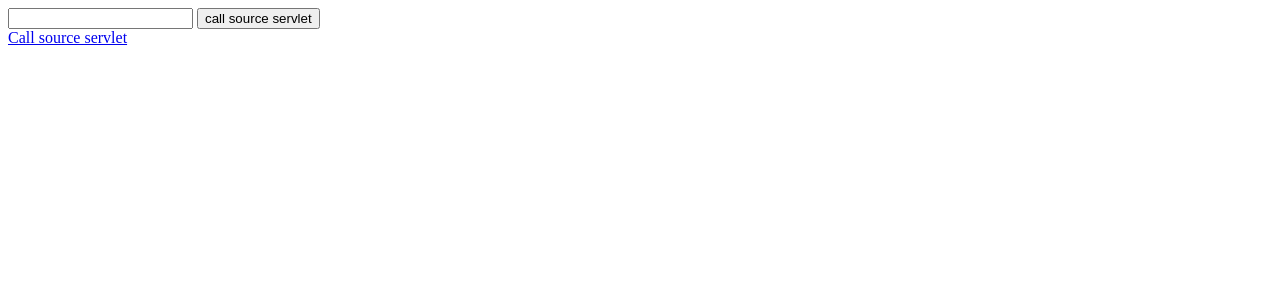
Repository: tomaters/servlets-JSP
Page: jsptest/src/main/webapp/callSource.html
The author's editor kept a copy of each file at every save. The page is drawn from the files as they stood at one save, then again after the next save.
The browser window is 1280 px wide. The pictures show the whole page.

Above is the page before, as saved 2023-11-30 02:31:46.

After the next save:
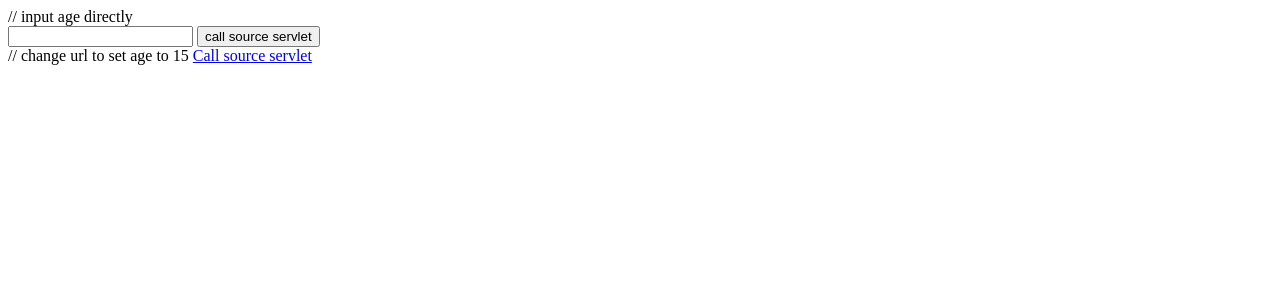
Saved 78 s later.
--- a/jsptest/src/main/webapp/callSource.html
+++ b/jsptest/src/main/webapp/callSource.html
@@ -5,11 +5,12 @@
 <title>Insert title here</title>
 </head>
 <body>
-	<form action="Source" method="get">
+	// input age directly
+	<form action="Source" method="post">
 		<input type="text" name="age">
 		<input type="submit" value="call source servlet"/>
 	</form>
-
+// change url to set age to 15
 <a href="http://localhost:8080/jsptest/Source?age=15">Call source servlet</a>
 
 </body>
